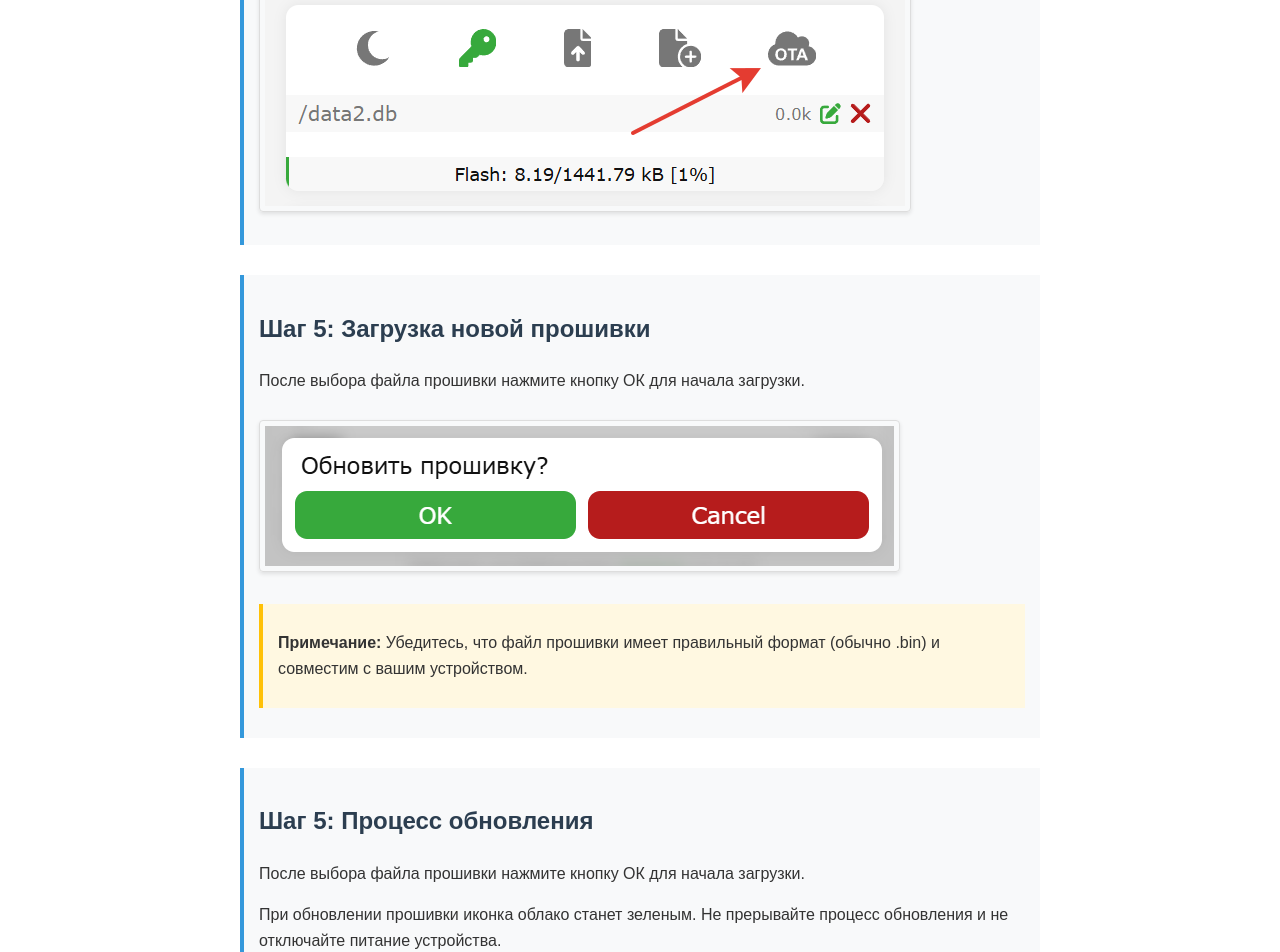
Repository: NikElectronics/ELIXStoFIX
Page: firware.html
The author's editor kept a copy of each file at every save. The page is drawn from the files as they stood at one save, then again after the next save.
The browser window is 1280 px wide. The pictures show the part of the page from y = 2423 to 3375 px (the page is 5369 px tall).
A picture or video elsewhere on the page could not be fetched, so the positions and the page height are approximate.

Above is the page before, as saved 2025-10-22 08:55:06.

After the next save:
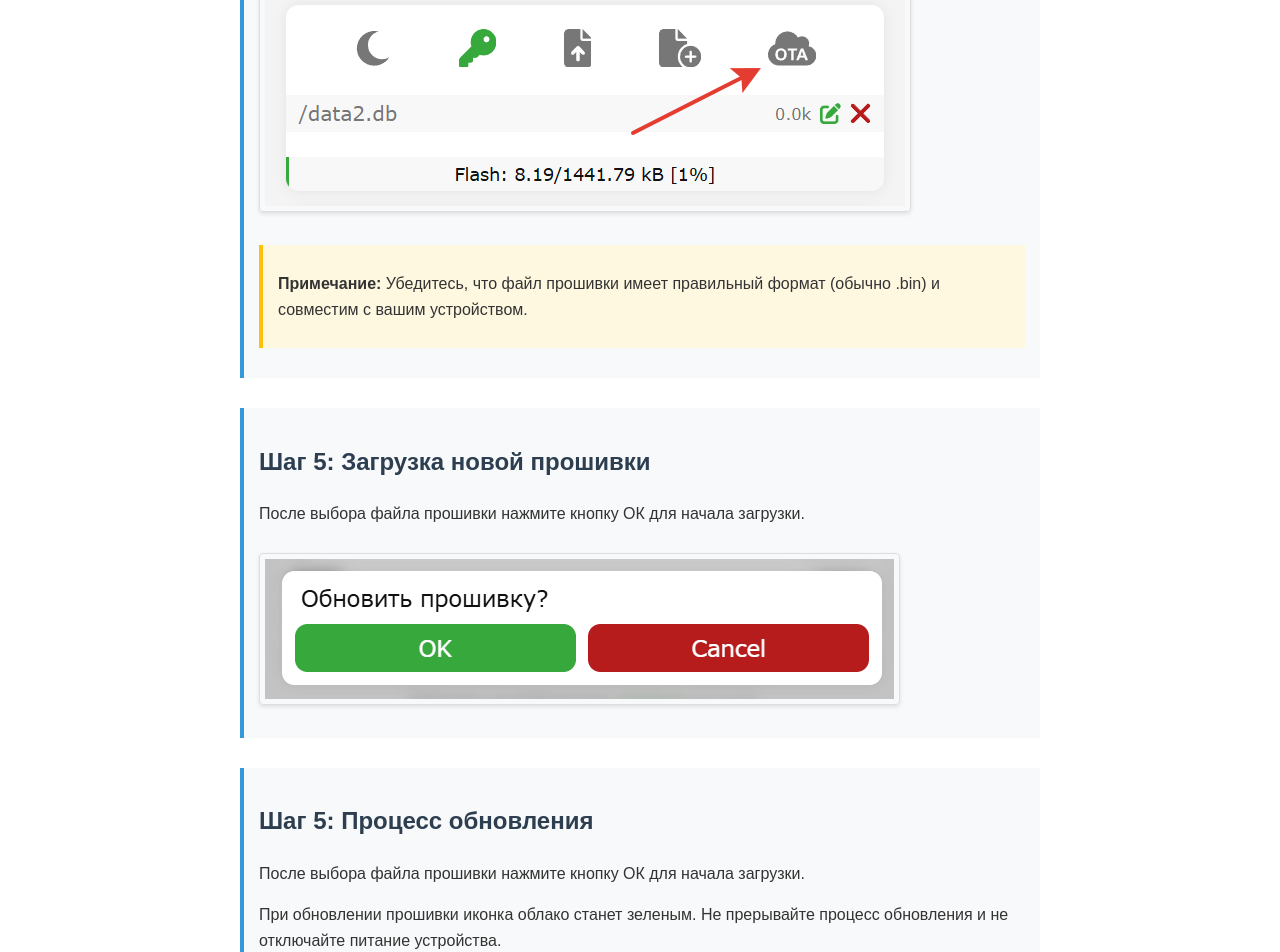
Saved 61 s later.
--- a/firware.html
+++ b/firware.html
@@ -1,5 +1,6 @@
 <!DOCTYPE html>
 <html lang="ru">
+
 <head>
     <meta charset="UTF-8">
     <meta name="viewport" content="width=device-width, initial-scale=1.0">
@@ -13,35 +14,43 @@
             padding: 20px;
             color: #333;
         }
-        h1, h2, h3 {
+
+        h1,
+        h2,
+        h3 {
             color: #2c3e50;
         }
+
         .step {
             margin-bottom: 30px;
             padding: 15px;
             border-left: 4px solid #3498db;
             background-color: #f8f9fa;
         }
+
         .screenshot {
             max-width: 100%;
             border: 1px solid #ddd;
             border-radius: 4px;
             padding: 5px;
             margin: 10px 0;
-            box-shadow: 0 2px 4px rgba(0,0,0,0.1);
+            box-shadow: 0 2px 4px rgba(0, 0, 0, 0.1);
         }
+
         .note {
             background-color: #fff8e1;
             border-left: 4px solid #ffc107;
             padding: 10px 15px;
             margin: 15px 0;
         }
+
         .warning {
             background-color: #ffebee;
             border-left: 4px solid #f44336;
             padding: 10px 15px;
             margin: 15px 0;
         }
+
         code {
             background-color: #f5f5f5;
             padding: 2px 4px;
@@ -50,12 +59,14 @@
         }
     </style>
 </head>
+
 <body>
     <h1>Инструкция по загрузке прошивки через OTA</h1>
 
     <div class="step">
         <h2>Шаг 1: Подключение к устройству</h2>
-        <p>Убедитесь, что устройство включено и подключено к Wi-Fi сети. В коде указано, что устройство создает точку доступа с именем "Makita" и паролем "12345678".</p>
+        <p>Убедитесь, что устройство включено и подключено к Wi-Fi сети. В коде указано, что устройство создает точку
+            доступа с именем "Makita" и паролем "12345678".</p>
         <div class="note">
             <p><strong>Примечание:</strong> В коде устройства заданы следующие настройки:</p>
             <ul>
@@ -78,52 +89,62 @@
         <h2>Шаг 3: Ввод пароля администратора.</h2>
         <p>После открытия меню нажмите кнопку ключ указанную на рисунке.</p>
         <img src="images/menu_open.png" alt="Главная страница веб-интерфейса" class="screenshot">
-        <p>И введите в поле, открывшегося окна Password, пароль LTXFIX (для новых версий) или nik1709 (для старых версий)</p>
+        <p>И введите в поле, открывшегося окна Password, пароль LTXFIX (для новых версий) или nik1709 (для старых
+            версий)</p>
         <img src="images/password.png" alt="Главная страница веб-интерфейса" class="screenshot">
     </div>
 
     <div class="step">
         <h2>Шаг 4: Выбор прошивки</h2>
         <p>После ввода правильного пароля иконка ключа станет зеленым и появится иконка ОТА (облако)".</p>
-        <p>Нажав на иконку OTA откроется прводник файлов вашего устройства. Найдите и выберите заранее скачанную прошивку.</p>
+        <p>Нажав на иконку OTA откроется прводник файлов вашего устройства. Найдите и выберите заранее скачанную
+            прошивку.</p>
         <img src="images/pass_good.png" alt="Раздел программатора" class="screenshot">
+        <div class="note">
+            <p><strong>Примечание:</strong> Убедитесь, что файл прошивки имеет правильный формат (обычно .bin) и
+                совместим с вашим устройством.</p>
+        </div>
     </div>
 
     <div class="step">
         <h2>Шаг 5: Загрузка новой прошивки</h2>
         <p>После выбора файла прошивки нажмите кнопку ОК для начала загрузки. </p>
         <img src="images/firmware.png" alt="Интерфейс загрузки прошивки" class="screenshot">
-        <div class="note">
-            <p><strong>Примечание:</strong> Убедитесь, что файл прошивки имеет правильный формат (обычно .bin) и совместим с вашим устройством.</p>
-        </div>
+
     </div>
 
     <div class="step">
         <h2>Шаг 5: Процесс обновления</h2>
         <p>После выбора файла прошивки нажмите кнопку ОК для начала загрузки. </p>
-         <p>При обновлении прошивки иконка облако станет зеленым. Не прерывайте процесс обновления и не отключайте питание устройства.</p>
+        <p>При обновлении прошивки иконка облако станет зеленым. Не прерывайте процесс обновления и не отключайте
+            питание устройства.</p>
         <img src="images/firmware.png" alt="Процесс обновления прошивки" class="screenshot">
         <div class="warning">
-            <p><strong>Внимание:</strong> Прерывание процесса обновления может привести к повреждению прошивки и необходимости физического перепрограммирования устройства!</p>
+            <p><strong>Внимание:</strong> Прерывание процесса обновления может привести к повреждению прошивки и
+                необходимости физического перепрограммирования устройства!</p>
         </div>
     </div>
 
     <div class="step">
         <h2>Шаг 6: Завершение обновления</h2>
-        <p>После успешной загрузки прошивки устройство обычно перезагружается автоматически. Если этого не произошло, вы можете перезагрузить устройство вручную с помощью кнопки "Перезагрузить" в веб-интерфейсе.</p>
+        <p>После успешной загрузки прошивки устройство обычно перезагружается автоматически. Если этого не произошло, вы
+            можете перезагрузить устройство вручную с помощью кнопки "Перезагрузить" в веб-интерфейсе.</p>
         <img src="screenshot5.png" alt="Успешное завершение обновления" class="screenshot">
     </div>
 
     <div class="step">
         <h2>Шаг 7: Проверка новой версии</h2>
-        <p>После перезагрузки снова откройте веб-интерфейс и проверьте, что версия прошивки изменилась на новую. В коде устройства версия задана как "ver. 2.0.1".</p>
+        <p>После перезагрузки снова откройте веб-интерфейс и проверьте, что версия прошивки изменилась на новую. В коде
+            устройства версия задана как "ver. 2.0.1".</p>
         <img src="screenshot6.png" alt="Проверка версии прошивки" class="screenshot">
     </div>
 
     <div class="note">
         <h3>Дополнительная информация</h3>
-        <p>В коде устройства реализована система лицензирования через серийный номер. Если после обновления возникают проблемы с лицензией, проверьте правильность введенного ключа в разделе программатора.</p>
-        <p>Также в коде предусмотрена возможность блокировки прошивки от чтения через UART/JTAG (функция FirmwareLock()), которая может быть активирована через веб-интерфейс.</p>
+        <p>В коде устройства реализована система лицензирования через серийный номер. Если после обновления возникают
+            проблемы с лицензией, проверьте правильность введенного ключа в разделе программатора.</p>
+        <p>Также в коде предусмотрена возможность блокировки прошивки от чтения через UART/JTAG (функция
+            FirmwareLock()), которая может быть активирована через веб-интерфейс.</p>
     </div>
 
     <div class="warning">
@@ -136,4 +157,5 @@
         </ul>
     </div>
 </body>
+
 </html>
